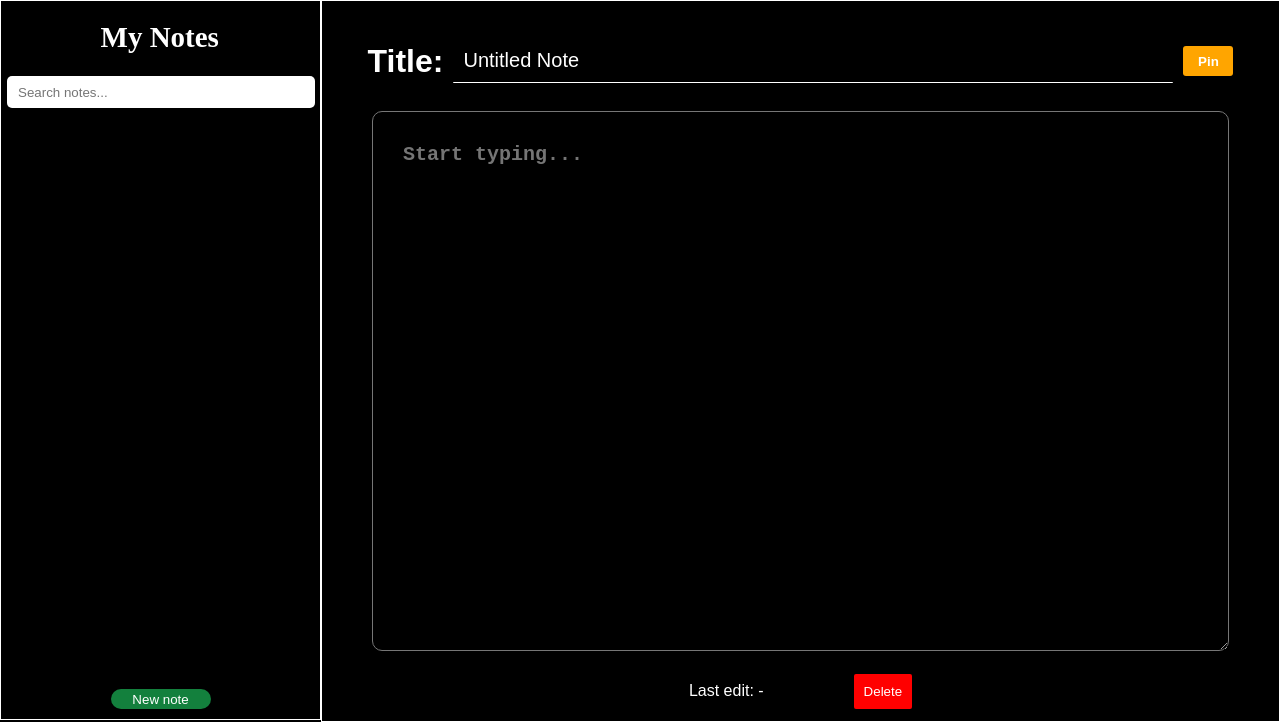
Repository: dmpelaez/myNotes
Page: QuickNotes.html
The author's editor kept a copy of each file at every save. The page is drawn from the files as they stood at one save, then again after the next save.
The browser window is 1280 px wide. The pictures show the whole page.

Above is the page before, as saved 2025-12-19 03:15:40.

### QuickNotes.html
<!DOCTYPE html>

  <html>

    <head>

      <title>Quick Notes</title>

      <!--CSS LINK-->
      <link rel="stylesheet" href="QuickNotes.css">
    </head>
    <body>

      <!--Note section-->
      <aside class="aside-section">

        <!--My notes part-->
        <div class="myNotes">
          <p class="my-notes-text">My Notes</p>
        </div>
        <!--Search notes-->
        <div class="input-box">
          <input class="input" placeholder="Search notes..." oninput="renderNotes()">
        </div>
        <!--Notes-->
        <div class="note-list"></div>
        <!--add button-->
        <button class="add-button" onclick="addNote()">New note</button>

      </aside>

      <!---Typing section-->
      <main class="main-section">

        <!--Header-->
        <div class="header-section">
          <h1>Title:</h1>
          <input class="title-notes" placeholder="Untitled Note" oninput="currentUpdate()">
          <button class="pin-btn" onclick="togglePin()">Pin</button>
        </div>

        <!--text area-->
        <div class="texting-area">
          <textarea class="textarea" placeholder="Start typing..." oninput="currentUpdate()"></textarea>
        </div>

        <!---Delete button-->
        <div class="delete">
          <span class="edit">Last edit: -</span>
          <button class="delete-btn" onclick="showModal()">Delete</button>
        </div>

        <div class="delete-confirm">

          <div class="modal-delete">
            <h1>Are you sure?</h1>
            <p class="sure-text">Are you sure you want to delete the note permanently?</p>
            You can't undo this action.
          </div>

          <!--delete and cancel button-->
          <div class="btn-section">
            <button class="cancel-btn" onclick="cancelModal()">Cancel</button>
            <button class="remove-btn" onclick="remove()">Remove</button>
          </div>


        </div>

      </main>

    <script src="QuickNote.js"></script>
    </body>

  </html>

### QuickNotes.css
body {
  margin: 0;
  padding: 0;
  background: black;
  box-sizing: border-box;
  display: Flex;
  height: 100vh;
}
* {
  color: rgb(255, 255, 255);
}
.aside-section {
  border: 1px solid white;
  display: grid;
  width: 400px;
  grid-template-rows: 40px 30px 1fr 20px;
  padding: 10px;
  gap: 25px;

}

.my-notes-text {
  display: flex;
  margin: 0px;
  justify-self: center;
  align-self: center;
  margin-top: 10px;
}
.note-list {
  flex: 1;
  overflow-y: auto;
 overflow-x: none;
}
.note-list::-webkit-scrollbar {
  display: none;
}

.note-item {
  border: 1px solid #333;
  padding: 1rem;
  position: relative;
  cursor: pointer;
  display: Flex;
  gap: 0px;
  height: 200px;
  flex-direction: column;
}
.note-item.active {
  background-color: #333;
}

.note-item h1 {
  font-size: 0.8rem;
  word-wrap: break-word;
  overflow-wrap: break-word;
  height: 100px;
}
.icon-pin {
  color: rgb(250, 0, 0);
  position: absolute;
  right: 0;
  bottom: 50%;
}

.my-notes-text {
  font-weight: bold;
  font-size: 29px;
  flex-shrink: 0;
  width: 120px;
}

.input {
  color: black;
  display: flex;
  align-self: center;
  justify-self: center;
  Width: 99%;
  height: 100%;
  border-radius: 5px;
  border: none;
  outline: none;
  padding-left: 10px;
  margin-left: 1px;
}
.input::placeholder {
  padding-left: 1px;

}

.add-button {
  width: 100px;
  display: flex;
  justify-self: center;
  background: rgb(19, 128, 61);
  border: none;
  border-radius: 10px;
  color: white;
  font-family: arial;
  align-items: center;
  justify-content: center;
  cursor: pointer;
}

.note-list {
  display: grid;
}

.main-section {

  left: 26.5%;
  border: 1px solid white;
  right: 0px;
  height: 100%;
  display: grid;
  grid-template-rows: 70px 1fr 30px;
  gap: 40px;
  width: 100%;
}

.header-section {
  display: flex;
  justify-self: center;
  align-self: center;
  gap: 10px;
  margin-top: 50px;
  align-items: center;
  padding-left: 20px;
  padding-right: 20px;
}
.title-notes {
  width: 700px;
  padding: 10px;
  border-radius: 1px;
  background: none;
  border: none;
  border-bottom: 1px solid white;
  outline: none;
 font-size: 20px;
 font-family: arial;
}

.title-notes::placeholder {
  color: white;
  font-family: arial;
  font-size: 20px;

}

.pin-btn {
  background: orange;
  border: none;
  border-radius: 3px;
  font-family: arial;
  font-weight: bold;
  width: 50px;
  height: 30px
}

.texting-area {
  display: flex;
  padding-right: 50px;
  padding-left: 50px;
}
.textarea {
  background: black;
  outline: none;
  display: flex;
  width: 100%;
  padding-left: 30px;
  padding-right: 80px;
  padding-top: 30px;
  line-height: 25px;
  font-size: 20px;
  font-weight: bold;
  border-radius: 10px;
}

.delete {
  display: flex;
  justify-content: center;
  align-items: center;
  gap: 90px;
  margin-bottom: 40px;

}
.delete-btn {
  background: red;
  border: none;
  border-radius: 2px;
  padding: 10px;
  cursor: pointer;
}
.edit {
  font-family: arial;
}

.delete-confirm {
  display: none;
  pointer-events: none;

}

.delete-confirm.active {
  position: absolute;
  left: 20%;
  top: 20%;
  display: flex;
  background: rgb(59, 58, 58);
  border-radius: 10px;
  flex-direction: column;
  align-items: center;
  justify-content: center;
  padding: 10px;
  height: 200px;
  pointer-events: auto;
  cursor: pointer;
}
.modal-delete {
  padding: 20px;
  display: flex;
  flex-direction: column;
  align-items: center;
  font-family: arial;

}
h1 {
  display: flex;
  justify-self: center;
  margin: 0px;
  font-family: arial;
}
.sure-text {
  margin: 0px;
  margin-top: 10px;
  font-family: arial;
}


.btn-section {
  display: flex;
  gap: 10px;
}

.cancel-btn {
  background: gray;
  border: none;
  border-radius: 5px;
  font-weight: bold;
  padding: 10px;
  cursor: pointer;
}
.remove-btn {
  background: red;
  border: none;
  border-radius: 5px;
  font-family: arial;
  font-weight: bold;
  cursor: pointer;
}

### QuickNote.js
//Aside section
const input = document.querySelector('.input');
const noteList = document.querySelector('.note-list');
const addBtn = document.querySelector('.add-button');

//Main section
const titleNotes = document.querySelector('.title-notes');
const pinBtn = document.querySelector('.pin-btn');
const textArea = document.querySelector('.textarea');

//delete button section
const btnDelete = document.querySelector('.delete-btn');
const edit = document.querySelector('.edit');

//delete confirm
const deleteConfirm = document.querySelector('.delete-confirm');

//remove and cancel button
const cancelBtn = document.querySelector('.cancel-btn');
const removeBtn = document.querySelector('.remove-btn');


//save notes

let notes = JSON.parse(localStorage.getItem('notes')) || [];
let currentId = null;


function saveNotes() {
  localStorage.setItem('notes', JSON.stringify(notes));
}

function renderNotes() {

const query = input.value.toLowerCase();
noteList.innerHTML = "";

const pinned = notes.filter(n => n.pinned);
const others = notes.filter(n => !n.pinned);

const filtered = [...pinned, ...others]
.filter(n =>
  n.title.toLowerCase().includes(query) || n.content.toLowerCase(query)
);


  for (let note of filtered) {

    const div = document.createElement("div");
    div.className = "note-item" + (note.id === currentId ? " active" : "");
    div.onclick = () => selectNote(note.id);
    div.innerHTML = `
    <h1>${note.title}</h1>
    <small>${note.date}</small>
    ${note.pinned ? '<span class="icon-pin">📌</span>' : ''}
    `;
    noteList.appendChild(div);
  }
};

function selectNote(id) {
  currentId = id;
  const note = notes.find(n => n.id === id);
  if (!note) return;
  titleNotes.value = note.title;
  textArea.value = note.content;
  edit.textContent = "Last edit: " + note.date;
  pinBtn.innerText = note.pinned ? "Unpin" : "Pin";
  renderNotes();
};

function currentUpdate() {
  const note = notes.find(n => n.id === currentId);
  if (!note) return;
  note.title = titleNotes.value;
  note.content = textArea.value;
  note.date = new Date().toLocaleString();
  edit.textContent = "Last edited: " + note.date;
  saveNotes();
  renderNotes();
}

function addNote() {
  const newNote = {
    id: Date.now(),
    title: "",
    content: "",
    date: new Date().toLocaleString(),
    pinned: false
  };
  notes.unshift(newNote);
  currentId = newNote.id;
  saveNotes();
  renderNotes();
  selectNote(newNote.id);
};



function showModal() {

 deleteConfirm.classList.add("active");
}

function cancelModal() {
 deleteConfirm.classList.remove("active");
}


function remove() {

  notes = notes.filter(n => n.id !== currentId);
  currentId = null;
  titleNotes.value = "";
  textArea.value = "";
  edit.textContent = "Last edit: -";
  saveNotes();
  renderNotes();
  cancelModal();
}


function togglePin() {
 const note = notes.find(n => n.id === currentId);
 if (!note) return;
 note.pinned = !note.pinned;
 pinBtn.innerText = note.pinned ? "Unpin" : "Pin";
 saveNotes();
 renderNotes();
}

renderNotes();

After the next save:
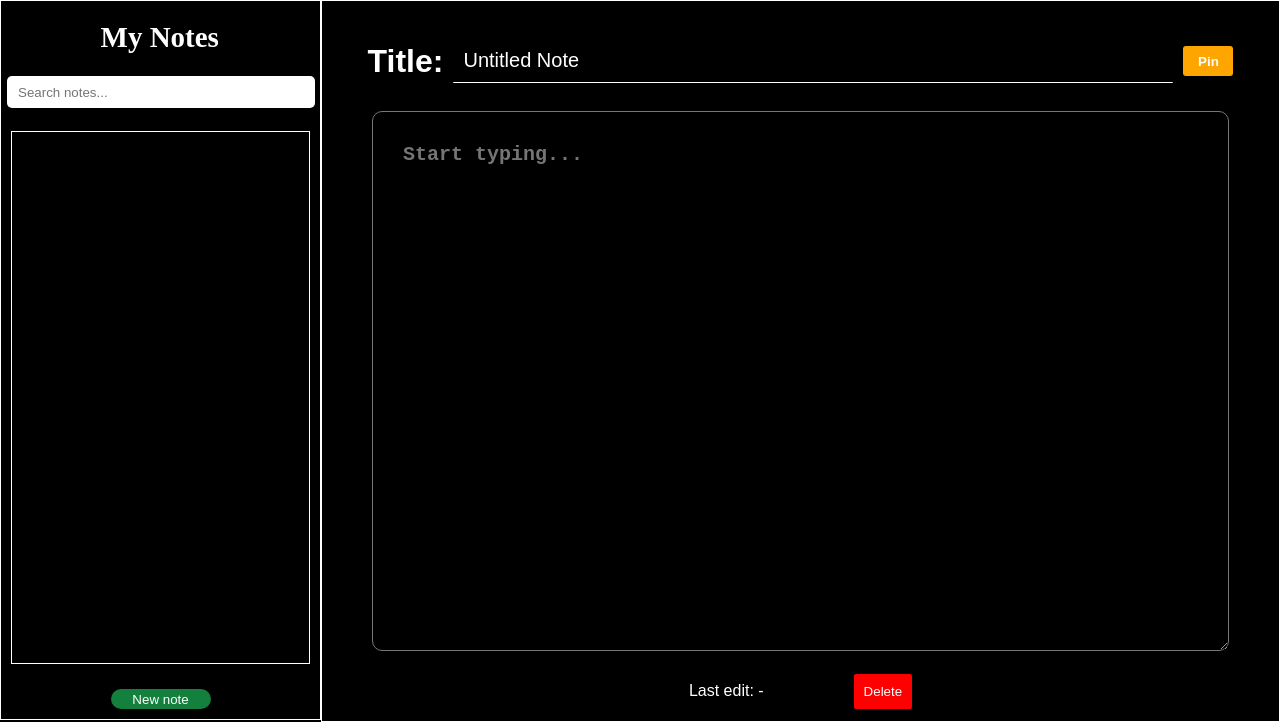
Saved 18 s later.
--- a/QuickNotes.css
+++ b/QuickNotes.css
@@ -30,6 +30,7 @@ body {
   flex: 1;
   overflow-y: auto;
  overflow-x: none;
+ border: 1px solid white;
 }
 .note-list::-webkit-scrollbar {
   display: none;
